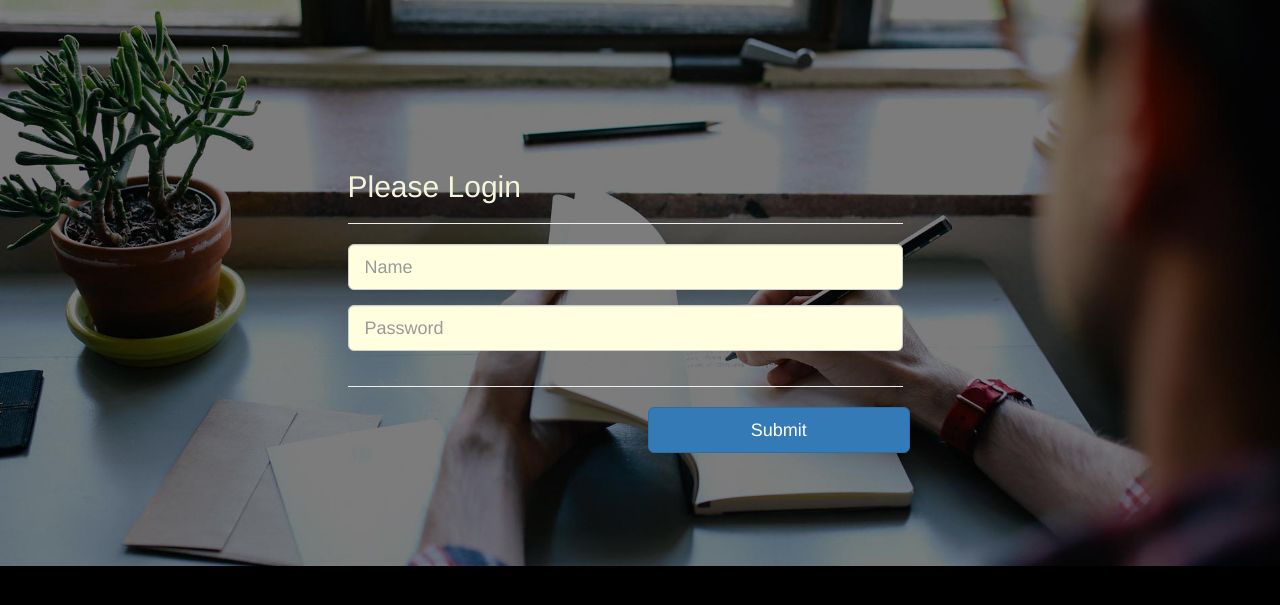
Repository: 123poornima/UpdatedSecondProject
Page: frontendPro/WebContent/_user/login.html
These files come from the project's save history. The page is drawn as it stood at one moment and after the next save; the edit follows.
The browser window is 1280 px wide. The pictures show the whole page.

Above is the page before, as saved 2017-01-17 05:21:27.

After the next save:
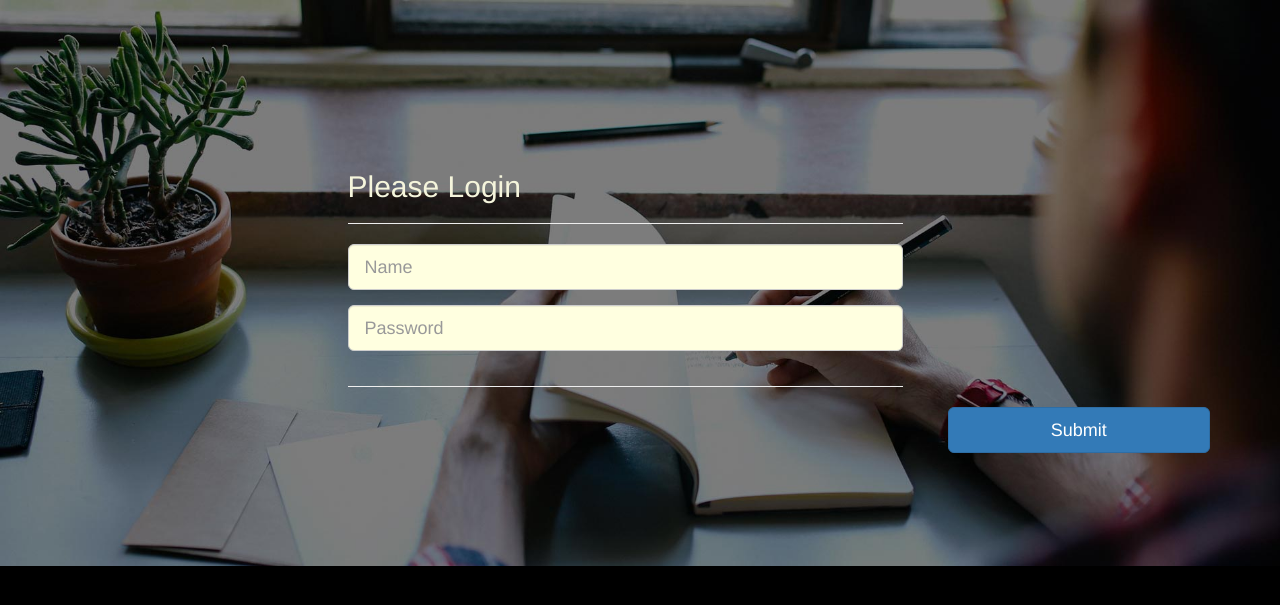
Saved 16 s later.
--- a/frontendPro/WebContent/_user/login.html
+++ b/frontendPro/WebContent/_user/login.html
@@ -42,7 +42,7 @@
 		</div>
 			<hr class="colorgraph">
  			<div class="row">
-				<div class="col-xs-12 col-md-6"><input style="margin-left:300px" type="submit" ng-click="submit()" class="btn btn-primary btn-block btn-lg" tabindex="7"></div>
+				<div class="col-xs-12 col-md-6"><input style="margin-left:600px" type="submit" ng-click="submit()" class="btn btn-primary btn-block btn-lg" tabindex="7"></div>
 			</div>
 
 		</div>

After the save that followed:
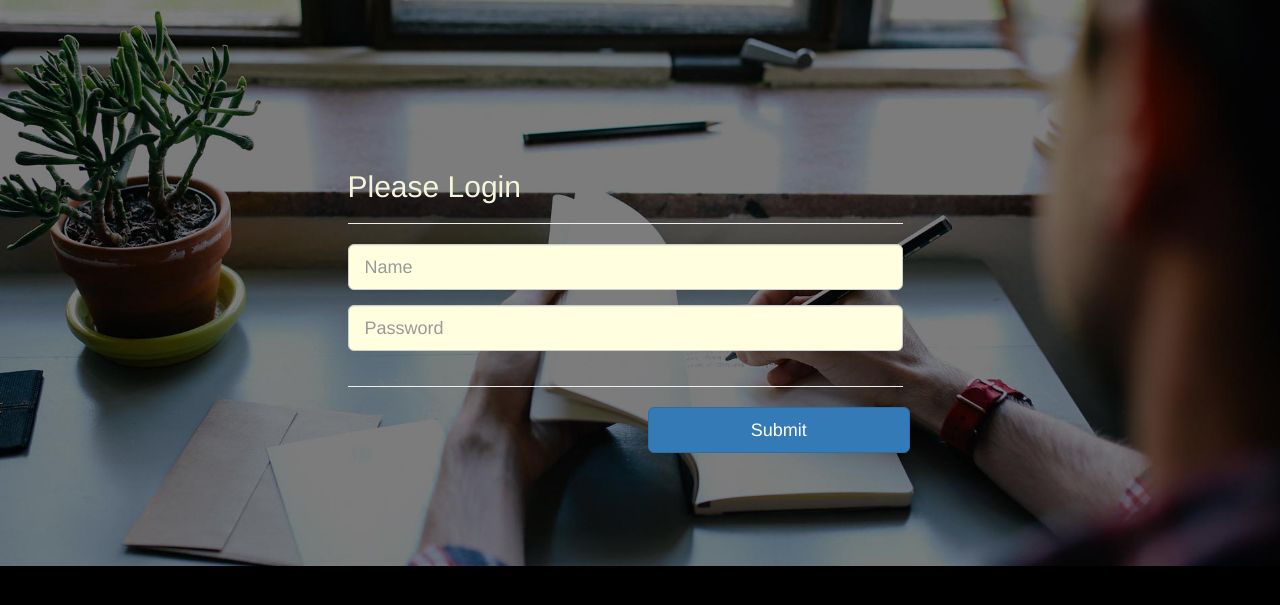
Saved 86 s later.
--- a/frontendPro/WebContent/_user/login.html
+++ b/frontendPro/WebContent/_user/login.html
@@ -42,7 +42,7 @@
 		</div>
 			<hr class="colorgraph">
  			<div class="row">
-				<div class="col-xs-12 col-md-6"><input style="margin-left:600px" type="submit" ng-click="submit()" class="btn btn-primary btn-block btn-lg" tabindex="7"></div>
+				<div class="col-xs-12 col-md-6"><input style="margin-left:300px" type="submit" ng-click="submit()" class="btn btn-primary btn-block btn-lg" tabindex="7"></div>
 			</div>
 
 		</div>
